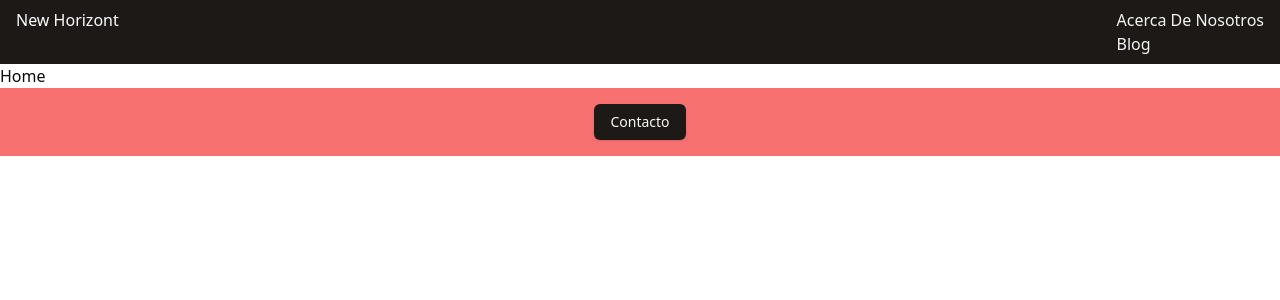
Repository: jefrydep/new-horizont-school
Page: /
An editor plug-in stored every save of this project. The page is shown before and after the next save, followed by the edit.
The browser window is 1280 px wide. The pictures show the whole page.
The project was rebuilt for these pictures with package versions that can differ from the ones it lists, and the page was loaded fresh each time. The framework's server and built-in components were replaced by stand-ins that run in the browser. Also part of the build but not shown: next.config.ts.

Above is the page before, as saved 2024-11-07 17:32:39.

### src/app/layout.tsx
import type { Metadata } from "next";
import localFont from "next/font/local";
import "./globals.css";
import Navbar from "@/components/Navbar";
import { Button } from "@/components/ui/button";

const geistSans = localFont({
  src: "./fonts/GeistVF.woff",
  variable: "--font-geist-sans",
  weight: "100 900",
});
const geistMono = localFont({
  src: "./fonts/GeistMonoVF.woff",
  variable: "--font-geist-mono",
  weight: "100 900",
});

export const metadata: Metadata = {
  title: "Create Next App",
  description: "Generated by create next app",
};

export default function RootLayout({
  children,
}: Readonly<{
  children: React.ReactNode;
}>) {
  return (
    <html lang="en">
      <body
        className={`   ${geistSans.variable} ${geistMono.variable} antialiased`}
      >
        <Navbar />
        {children}
        <div className=" bg-red-400 flex justify-center py-4">
          <Button>Contacto</Button>
        </div>
        {/* <div className="absolute bg-red-400 bottom-0 left-1/2 transform -translate-x-1/2 mb-4">
          <Button>Contacto</Button>
        </div> */}
      </body>
    </html>
  );
}

### src/app/(new-horizont-school)/layout.tsx
// import type { Metadata } from "next";
// import localFont from "next/font/local";

import Navbar from "@/components/Navbar";

// const geistSans = localFont({
//   src: "./fonts/GeistVF.woff",
//   variable: "--font-geist-sans",
//   weight: "100 900",
// });
// const geistMono = localFont({
//   src: "./fonts/GeistMonoVF.woff",
//   variable: "--font-geist-mono",
//   weight: "100 900",
// });

// export const metadata: Metadata = {
//   title: "Create Next App",
//   description: "Generated by create next app",
// };

export default function SchoolLayout({
  children,
}: Readonly<{
  children: React.ReactNode;
}>) {
  return (
    <html lang="en">
      <body
      // className={`${geistSans.variable} ${geistMono.variable} antialiased`}
      >
        {children}
      </body>
    </html>
  );
}

### src/app/globals.css
@tailwind base;
@tailwind components;
@tailwind utilities;

/* :root {
  --background: #ffffff;
  --foreground: #171717;
}

@media (prefers-color-scheme: dark) {
  :root {
    --background: #0a0a0a;
    --foreground: #ededed;
  }
}

body {
  color: var(--foreground);
  background: var(--background);
  font-family: Arial, Helvetica, sans-serif;
} */
@layer base {
  :root {
    --background: 0 0% 100%;
    --foreground: 20 14.3% 4.1%;
    --card: 0 0% 100%;
    --card-foreground: 20 14.3% 4.1%;
    --popover: 0 0% 100%;
    --popover-foreground: 20 14.3% 4.1%;
    --primary: 24 9.8% 10%;
    --primary-foreground: 60 9.1% 97.8%;
    --secondary: 60 4.8% 95.9%;
    --secondary-foreground: 24 9.8% 10%;
    --muted: 60 4.8% 95.9%;
    --muted-foreground: 25 5.3% 44.7%;
    --accent: 60 4.8% 95.9%;
    --accent-foreground: 24 9.8% 10%;
    --destructive: 0 84.2% 60.2%;
    --destructive-foreground: 60 9.1% 97.8%;
    --border: 20 5.9% 90%;
    --input: 20 5.9% 90%;
    --ring: 20 14.3% 4.1%;
    --chart-1: 12 76% 61%;
    --chart-2: 173 58% 39%;
    --chart-3: 197 37% 24%;
    --chart-4: 43 74% 66%;
    --chart-5: 27 87% 67%;
    --radius: 0.5rem
  }
  .dark {
    --background: 20 14.3% 4.1%;
    --foreground: 60 9.1% 97.8%;
    --card: 20 14.3% 4.1%;
    --card-foreground: 60 9.1% 97.8%;
    --popover: 20 14.3% 4.1%;
    --popover-foreground: 60 9.1% 97.8%;
    --primary: 60 9.1% 97.8%;
    --primary-foreground: 24 9.8% 10%;
    --secondary: 12 6.5% 15.1%;
    --secondary-foreground: 60 9.1% 97.8%;
    --muted: 12 6.5% 15.1%;
    --muted-foreground: 24 5.4% 63.9%;
    --accent: 12 6.5% 15.1%;
    --accent-foreground: 60 9.1% 97.8%;
    --destructive: 0 62.8% 30.6%;
    --destructive-foreground: 60 9.1% 97.8%;
    --border: 12 6.5% 15.1%;
    --input: 12 6.5% 15.1%;
    --ring: 24 5.7% 82.9%;
    --chart-1: 220 70% 50%;
    --chart-2: 160 60% 45%;
    --chart-3: 30 80% 55%;
    --chart-4: 280 65% 60%;
    --chart-5: 340 75% 55%
  }
}
@layer base {
  * {
    @apply border-border;
  }
  body {
    @apply bg-background text-foreground;
  }
}

### src/components/Navbar.tsx
import { Menu } from "lucide-react";
import Link from "next/link";

export default function Navbar() {
  return (
    <header className="bg-primary h-16">
      <div className="flex justify-between m-auto      container px-4 py-2  ">
        <div className="text-white">New Horizont</div>
        <nav className="outline-none hidden sm:block list-none">
          <li className="text-secondary">
            <Link href={"/about"}>Acerca De Nosotros</Link>
          </li>
          <li className="text-secondary">
            <Link href={"/blog"}>Blog</Link>
          </li>
        </nav>
        <div className="  sm:hidden">
          <Menu color="white" size={45} />
        </div>
        {/* <li className="text-secondary">
            <Link href={"/about"}>About</Link>
          </li> */}
      </div>
    </header>
  );
}

### src/components/ui/button.tsx
import * as React from "react"
import { Slot } from "@radix-ui/react-slot"
import { cva, type VariantProps } from "class-variance-authority"

import { cn } from "@/lib/utils"

const buttonVariants = cva(
  "inline-flex items-center justify-center gap-2 whitespace-nowrap rounded-md text-sm font-medium transition-colors focus-visible:outline-none focus-visible:ring-1 focus-visible:ring-ring disabled:pointer-events-none disabled:opacity-50 [&_svg]:pointer-events-none [&_svg]:size-4 [&_svg]:shrink-0",
  {
    variants: {
      variant: {
        default:
          "bg-primary text-primary-foreground shadow hover:bg-primary/90",
        destructive:
          "bg-destructive text-destructive-foreground shadow-sm hover:bg-destructive/90",
        outline:
          "border border-input bg-background shadow-sm hover:bg-accent hover:text-accent-foreground",
        secondary:
          "bg-secondary text-secondary-foreground shadow-sm hover:bg-secondary/80",
        ghost: "hover:bg-accent hover:text-accent-foreground",
        link: "text-primary underline-offset-4 hover:underline",
      },
      size: {
        default: "h-9 px-4 py-2",
        sm: "h-8 rounded-md px-3 text-xs",
        lg: "h-10 rounded-md px-8",
        icon: "h-9 w-9",
      },
    },
    defaultVariants: {
      variant: "default",
      size: "default",
    },
  }
)

export interface ButtonProps
  extends React.ButtonHTMLAttributes<HTMLButtonElement>,
    VariantProps<typeof buttonVariants> {
  asChild?: boolean
}

const Button = React.forwardRef<HTMLButtonElement, ButtonProps>(
  ({ className, variant, size, asChild = false, ...props }, ref) => {
    const Comp = asChild ? Slot : "button"
    return (
      <Comp
        className={cn(buttonVariants({ variant, size, className }))}
        ref={ref}
        {...props}
      />
    )
  }
)
Button.displayName = "Button"

export { Button, buttonVariants }

Loaded but not shown: src/app/(new-horizont-school)/page.tsx (common file); src/lib/utils.ts (common file); tailwind.config.ts (common file)

After the next save:
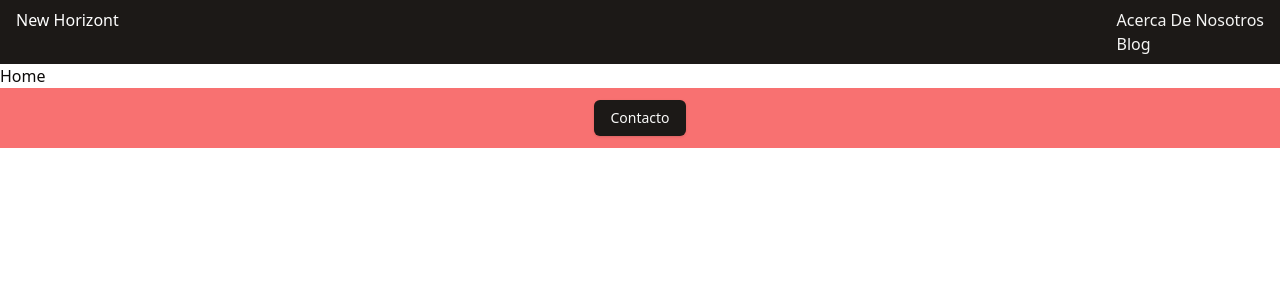
Saved 4 s later.
--- a/src/app/layout.tsx
+++ b/src/app/layout.tsx
@@ -32,7 +32,7 @@ export default function RootLayout({
       >
         <Navbar />
         {children}
-        <div className=" bg-red-400 flex justify-center py-4">
+        <div className=" bg-red-400 flex justify-center py-3">
           <Button>Contacto</Button>
         </div>
         {/* <div className="absolute bg-red-400 bottom-0 left-1/2 transform -translate-x-1/2 mb-4">
